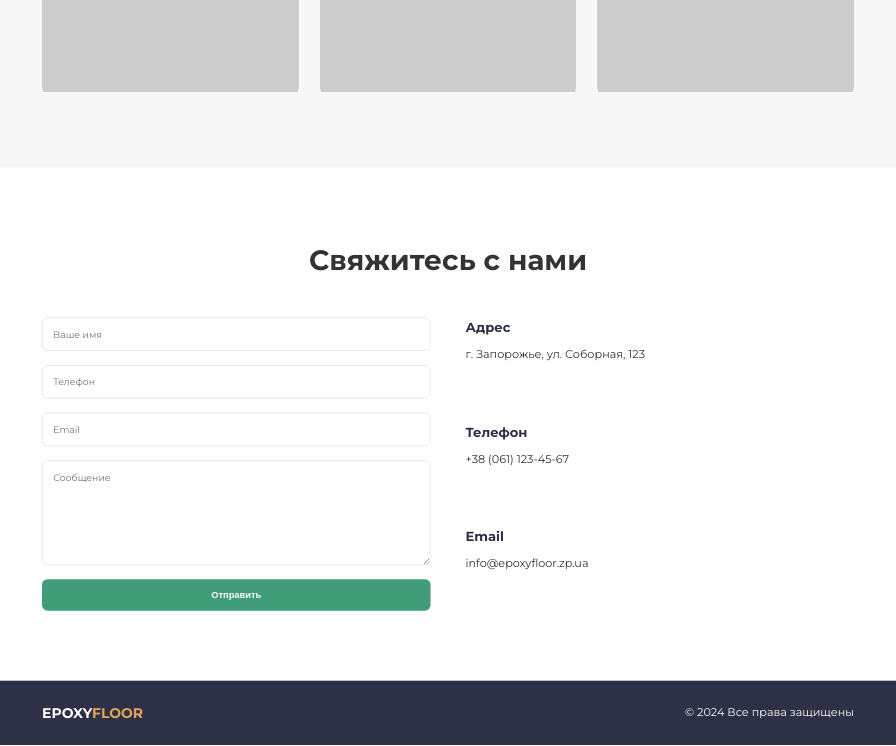
Repository: kerni-ca/kerni-ca
Page: index.html
The author's editor kept a copy of each file at every save. The page is drawn from the files as they stood at one save, then again after the next save.
The browser window is 1280 px wide. The pictures show the part of the page from y = 2038 to 3958 px (the page is 3103 px tall before and 4265 px after), at 70% of full size.

Above is the page before, as saved 2025-06-12 11:18:47.

### index.html
<!DOCTYPE html>
<html lang="ru">
<head>
    <meta charset="UTF-8">
    <meta name="viewport" content="width=device-width, initial-scale=1.0">
    <title>Эпоксидные полы | Профессиональные решения</title>
    <link rel="stylesheet" href="styles.css">
    <link rel="preconnect" href="https://fonts.googleapis.com">
    <link rel="preconnect" href="https://fonts.gstatic.com" crossorigin>
    <link href="https://fonts.googleapis.com/css2?family=Montserrat:wght@400;500;600;700&display=swap" rel="stylesheet">
</head>
<body>
    <header class="header">
        <nav class="nav">
            <div class="logo">EPOXY<span>FLOOR</span></div>
            <ul class="nav-links">
                <li><a href="#about">О нас</a></li>
                <li><a href="#services">Услуги</a></li>
                <li><a href="#portfolio">Портфолио</a></li>
                <li><a href="#contact">Контакты</a></li>
            </ul>
        </nav>
        <div class="hero">
            <h1>Современные эпоксидные полы</h1>
            <p>Профессиональные решения для вашего пространства</p>
            <a href="#contact" class="cta-button">Получить консультацию</a>
        </div>
    </header>

    <section id="about" class="about">
        <div class="container">
            <h2>О нас</h2>
            <div class="about-content">
                <div class="about-text">
                    <p>Мы - команда профессионалов с многолетним опытом в создании эпоксидных покрытий. Наша миссия - преображать пространства, делая их не только красивыми, но и функциональными.</p>
                </div>
                <div class="about-stats">
                    <div class="stat">
                        <span class="number">10+</span>
                        <span class="label">лет опыта</span>
                    </div>
                    <div class="stat">
                        <span class="number">500+</span>
                        <span class="label">проектов</span>
                    </div>
                    <div class="stat">
                        <span class="number">100%</span>
                        <span class="label">гарантия</span>
                    </div>
                </div>
            </div>
        </div>
    </section>

    <section id="services" class="services">
        <div class="container">
            <h2>Наши услуги</h2>
            <div class="services-grid">
                <div class="service-card">
                    <h3>Промышленные полы</h3>
                    <p>Прочные и износостойкие покрытия для производственных помещений</p>
                </div>
                <div class="service-card">
                    <h3>Декоративные полы</h3>
                    <p>Уникальные дизайнерские решения для коммерческих помещений</p>
                </div>
                <div class="service-card">
                    <h3>Антискользящие покрытия</h3>
                    <p>Безопасные решения для общественных пространств</p>
                </div>
            </div>
        </div>
    </section>

    <section id="portfolio" class="portfolio">
        <div class="container">
            <h2>Наши работы</h2>
            <div class="portfolio-grid">
                <div class="portfolio-item">
                    <img src="https://via.placeholder.com/400x300" alt="Проект 1">
                    <div class="portfolio-overlay">
                        <h3>Производственный цех</h3>
                    </div>
                </div>
                <div class="portfolio-item">
                    <img src="https://via.placeholder.com/400x300" alt="Проект 2">
                    <div class="portfolio-overlay">
                        <h3>Торговый центр</h3>
                    </div>
                </div>
                <div class="portfolio-item">
                    <img src="https://via.placeholder.com/400x300" alt="Проект 3">
                    <div class="portfolio-overlay">
                        <h3>Офисное пространство</h3>
                    </div>
                </div>
            </div>
        </div>
    </section>

    <section id="contact" class="contact">
        <div class="container">
            <h2>Свяжитесь с нами</h2>
            <div class="contact-content">
                <form class="contact-form">
                    <input type="text" placeholder="Ваше имя" required>
                    <input type="tel" placeholder="Телефон" required>
                    <input type="email" placeholder="Email" required>
                    <textarea placeholder="Сообщение" required></textarea>
                    <button type="submit" class="submit-button">Отправить</button>
                </form>
                <div class="contact-info">
                    <div class="info-item">
                        <h3>Адрес</h3>
                        <p>г. Запорожье, ул. Соборная, 123</p>
                    </div>
                    <div class="info-item">
                        <h3>Телефон</h3>
                        <p>+38 (061) 123-45-67</p>
                    </div>
                    <div class="info-item">
                        <h3>Email</h3>
                        <p>info@epoxyfloor.zp.ua</p>
                    </div>
                </div>
            </div>
        </div>
    </section>

    <footer class="footer">
        <div class="container">
            <div class="footer-content">
                <div class="footer-logo">EPOXY<span>FLOOR</span></div>
                <p>&copy; 2024 Все права защищены</p>
            </div>
        </div>
    </footer>
</body>
</html>

### styles.css
html {
    scroll-behavior: smooth;
}

:root {
    --primary-color: #2D3047;
    --secondary-color: #419D78;
    --accent-color: #E0A458;
    --text-color: #333;
    --light-bg: #F7F7F7;
    --white: #FFFFFF;
    --transition: all 0.3s ease;
}

* {
    margin: 0;
    padding: 0;
    box-sizing: border-box;
}

body {
    font-family: 'Montserrat', sans-serif;
    line-height: 1.6;
    color: var(--text-color);
}

.container {
    max-width: 1200px;
    margin: 0 auto;
    padding: 0 20px;
}

/* Header & Navigation */
.header {
    background: linear-gradient(rgba(45, 48, 71, 0.9), rgba(45, 48, 71, 0.9)),
                url('https://via.placeholder.com/1920x1080') center/cover;
    min-height: 100vh;
    color: var(--white);
}

.nav {
    display: flex;
    justify-content: space-between;
    align-items: center;
    padding: 20px 0;
    position: fixed;
    width: 100%;
    top: 0;
    z-index: 1000;
    background: rgba(45, 48, 71, 0.95);
    backdrop-filter: blur(10px);
}

.logo {
    font-size: 24px;
    font-weight: 700;
    color: var(--white);
}

.logo span {
    color: var(--accent-color);
}

.nav-links {
    display: flex;
    list-style: none;
    gap: 30px;
}

.nav-links a {
    color: var(--white);
    text-decoration: none;
    font-weight: 500;
    transition: var(--transition);
}

.nav-links a:hover {
    color: var(--accent-color);
}

/* Hero Section */
.hero {
    display: flex;
    flex-direction: column;
    justify-content: center;
    align-items: center;
    text-align: center;
    min-height: 100vh;
    padding: 0 20px;
}

.hero h1 {
    font-size: 4rem;
    margin-bottom: 20px;
    line-height: 1.2;
}

.hero p {
    font-size: 1.5rem;
    margin-bottom: 40px;
    max-width: 600px;
}

.cta-button {
    display: inline-block;
    padding: 15px 40px;
    background: var(--accent-color);
    color: var(--white);
    text-decoration: none;
    border-radius: 30px;
    font-weight: 600;
    transition: var(--transition);
    border: 2px solid var(--accent-color);
}

.cta-button:hover {
    background: transparent;
    color: var(--accent-color);
}

/* About Section */
.about {
    padding: 100px 0;
    background: var(--light-bg);
}

.about h2 {
    text-align: center;
    font-size: 2.5rem;
    margin-bottom: 50px;
}

.about-content {
    display: grid;
    grid-template-columns: 1fr 1fr;
    gap: 50px;
    align-items: center;
}

.about-text p {
    font-size: 1.1rem;
    line-height: 1.8;
}

.about-stats {
    display: grid;
    grid-template-columns: repeat(3, 1fr);
    gap: 30px;
}

.stat {
    text-align: center;
}

.number {
    display: block;
    font-size: 2.5rem;
    font-weight: 700;
    color: var(--secondary-color);
}

.label {
    font-size: 1rem;
    color: var(--text-color);
}

/* Services Section */
.services {
    padding: 100px 0;
}

.services h2 {
    text-align: center;
    font-size: 2.5rem;
    margin-bottom: 50px;
}

.services-grid {
    display: grid;
    grid-template-columns: repeat(auto-fit, minmax(300px, 1fr));
    gap: 30px;
}

.service-card {
    background: var(--white);
    padding: 30px;
    border-radius: 15px;
    box-shadow: 0 10px 30px rgba(0, 0, 0, 0.1);
    transition: var(--transition);
}

.service-card:hover {
    transform: translateY(-10px);
}

.service-card h3 {
    color: var(--primary-color);
    margin-bottom: 15px;
}

/* Portfolio Section */
.portfolio {
    padding: 100px 0;
    background: var(--light-bg);
}

.portfolio h2 {
    text-align: center;
    font-size: 2.5rem;
    margin-bottom: 50px;
}

.portfolio-grid {
    display: grid;
    grid-template-columns: repeat(auto-fit, minmax(300px, 1fr));
    gap: 30px;
}

.portfolio-item {
    position: relative;
    overflow: hidden;
    border-radius: 15px;
}

.portfolio-item img {
    width: 100%;
    height: 300px;
    object-fit: cover;
    transition: var(--transition);
}

.portfolio-overlay {
    position: absolute;
    bottom: 0;
    left: 0;
    right: 0;
    background: linear-gradient(transparent, rgba(45, 48, 71, 0.9));
    padding: 20px;
    color: var(--white);
    transform: translateY(100%);
    transition: var(--transition);
}

.portfolio-item:hover .portfolio-overlay {
    transform: translateY(0);
}

.portfolio-item:hover img {
    transform: scale(1.1);
}

/* Contact Section */
.contact {
    padding: 100px 0;
}

.contact h2 {
    text-align: center;
    font-size: 2.5rem;
    margin-bottom: 50px;
}

.contact-content {
    display: grid;
    grid-template-columns: 1fr 1fr;
    gap: 50px;
}

.contact-form {
    display: flex;
    flex-direction: column;
    gap: 20px;
}

.contact-form input,
.contact-form textarea {
    padding: 15px;
    border: 1px solid #ddd;
    border-radius: 8px;
    font-family: inherit;
}

.contact-form textarea {
    height: 150px;
    resize: vertical;
}

.submit-button {
    padding: 15px 30px;
    background: var(--secondary-color);
    color: var(--white);
    border: none;
    border-radius: 8px;
    cursor: pointer;
    font-weight: 600;
    transition: var(--transition);
}

.submit-button:hover {
    background: var(--primary-color);
}

.contact-info {
    display: grid;
    gap: 30px;
}

.info-item h3 {
    color: var(--primary-color);
    margin-bottom: 10px;
}

/* Footer */
.footer {
    background: var(--primary-color);
    color: var(--white);
    padding: 30px 0;
}

.footer-content {
    display: flex;
    justify-content: space-between;
    align-items: center;
}

.footer-logo {
    font-size: 20px;
    font-weight: 700;
}

.footer-logo span {
    color: var(--accent-color);
}

/* Responsive Design */
@media (max-width: 768px) {
    .nav {
        padding: 20px;
    }

    .nav-links {
        display: none;
    }

    .hero h1 {
        font-size: 2.5rem;
    }

    .about-content,
    .contact-content {
        grid-template-columns: 1fr;
    }

    .about-stats {
        grid-template-columns: 1fr;
    }

    .footer-content {
        flex-direction: column;
        text-align: center;
        gap: 20px;
    }
}

/* Animations */
@keyframes fadeIn {
    from {
        opacity: 0;
        transform: translateY(20px);
    }
    to {
        opacity: 1;
        transform: translateY(0);
    }
}

.hero h1,
.hero p,
.cta-button {
    animation: fadeIn 1s ease-out forwards;
}

/* Modern Scrollbar */
::-webkit-scrollbar {
    width: 10px;
}

::-webkit-scrollbar-track {
    background: var(--light-bg);
}

::-webkit-scrollbar-thumb {
    background: var(--secondary-color);
    border-radius: 5px;
}

::-webkit-scrollbar-thumb:hover {
    background: var(--primary-color);
}

After the next save:
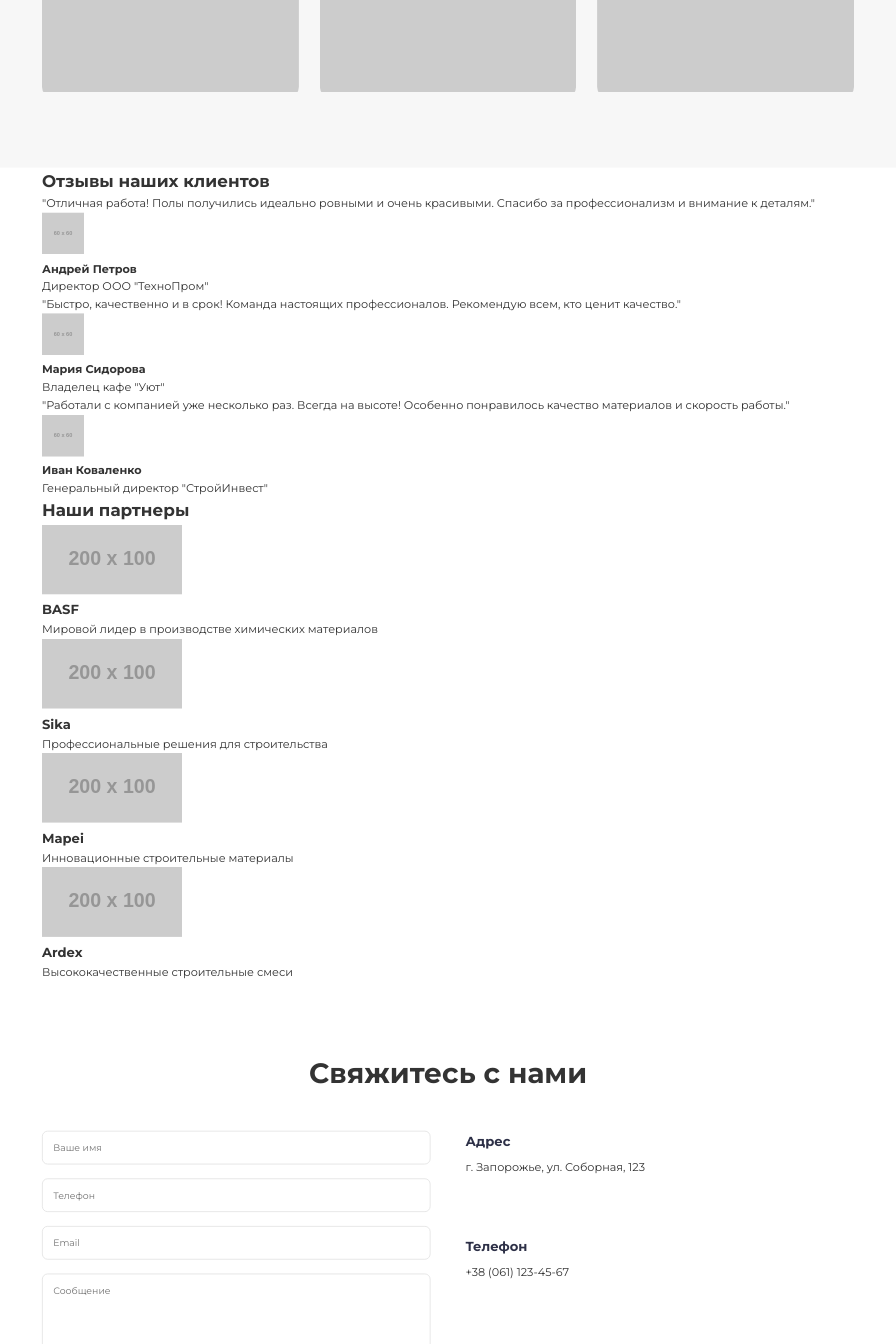
Saved 102 s later.
--- a/index.html
+++ b/index.html
@@ -98,6 +98,78 @@
         </div>
     </section>
 
+    <section id="testimonials" class="testimonials">
+        <div class="container">
+            <h2>Отзывы наших клиентов</h2>
+            <div class="testimonials-grid">
+                <div class="testimonial-card">
+                    <div class="testimonial-content">
+                        <p>"Отличная работа! Полы получились идеально ровными и очень красивыми. Спасибо за профессионализм и внимание к деталям."</p>
+                    </div>
+                    <div class="testimonial-author">
+                        <img src="https://via.placeholder.com/60x60" alt="Фото клиента">
+                        <div class="author-info">
+                            <h4>Андрей Петров</h4>
+                            <p>Директор ООО "ТехноПром"</p>
+                        </div>
+                    </div>
+                </div>
+                <div class="testimonial-card">
+                    <div class="testimonial-content">
+                        <p>"Быстро, качественно и в срок! Команда настоящих профессионалов. Рекомендую всем, кто ценит качество."</p>
+                    </div>
+                    <div class="testimonial-author">
+                        <img src="https://via.placeholder.com/60x60" alt="Фото клиента">
+                        <div class="author-info">
+                            <h4>Мария Сидорова</h4>
+                            <p>Владелец кафе "Уют"</p>
+                        </div>
+                    </div>
+                </div>
+                <div class="testimonial-card">
+                    <div class="testimonial-content">
+                        <p>"Работали с компанией уже несколько раз. Всегда на высоте! Особенно понравилось качество материалов и скорость работы."</p>
+                    </div>
+                    <div class="testimonial-author">
+                        <img src="https://via.placeholder.com/60x60" alt="Фото клиента">
+                        <div class="author-info">
+                            <h4>Иван Коваленко</h4>
+                            <p>Генеральный директор "СтройИнвест"</p>
+                        </div>
+                    </div>
+                </div>
+            </div>
+        </div>
+    </section>
+
+    <section id="partners" class="partners">
+        <div class="container">
+            <h2>Наши партнеры</h2>
+            <div class="partners-grid">
+                <div class="partner-card">
+                    <img src="https://via.placeholder.com/200x100" alt="Партнер 1">
+                    <h3>BASF</h3>
+                    <p>Мировой лидер в производстве химических материалов</p>
+                </div>
+                <div class="partner-card">
+                    <img src="https://via.placeholder.com/200x100" alt="Партнер 2">
+                    <h3>Sika</h3>
+                    <p>Профессиональные решения для строительства</p>
+                </div>
+                <div class="partner-card">
+                    <img src="https://via.placeholder.com/200x100" alt="Партнер 3">
+                    <h3>Mapei</h3>
+                    <p>Инновационные строительные материалы</p>
+                </div>
+                <div class="partner-card">
+                    <img src="https://via.placeholder.com/200x100" alt="Партнер 4">
+                    <h3>Ardex</h3>
+                    <p>Высококачественные строительные смеси</p>
+                </div>
+            </div>
+        </div>
+    </section>
+
     <section id="contact" class="contact">
         <div class="container">
             <h2>Свяжитесь с нами</h2>
